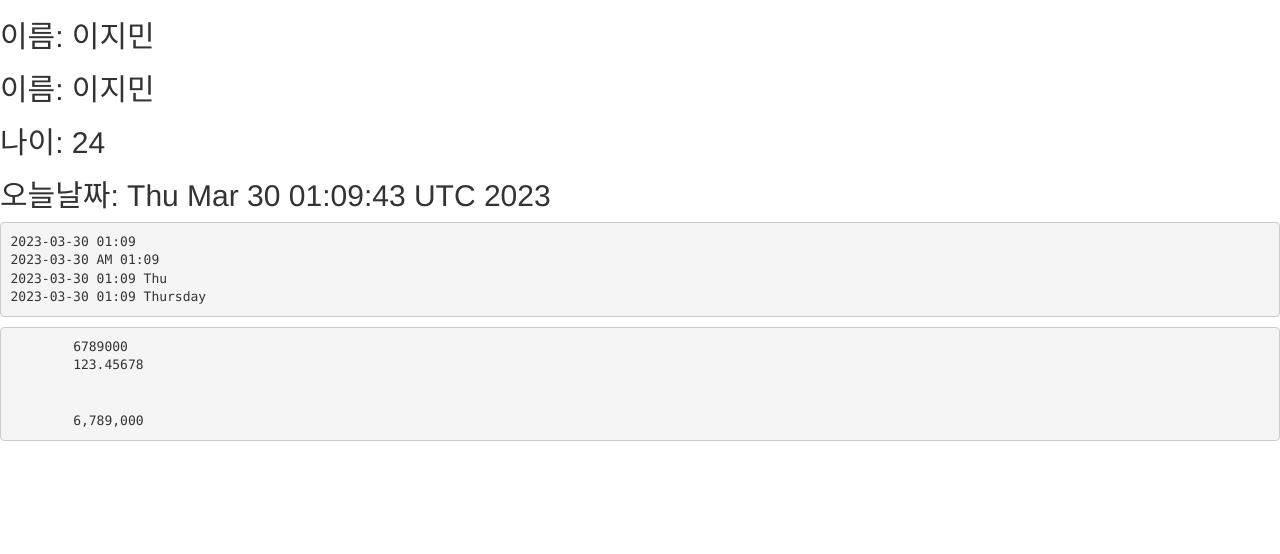
Repository: jungbee2/jungproject
Page: http://localhost/JstlProject/day0330/ex2_jstl_format.jsp
These files come from the project's save history. The page is drawn as it stood at one moment and after the next save; the edit follows.
The browser window is 1280 px wide. The pictures show the whole page.
Some web fonts or font styles are not loaded; a fallback is used. The page is served by Tomcat 9.

Above is the page before, as saved 2023-03-30 01:34:08.

After the next save:
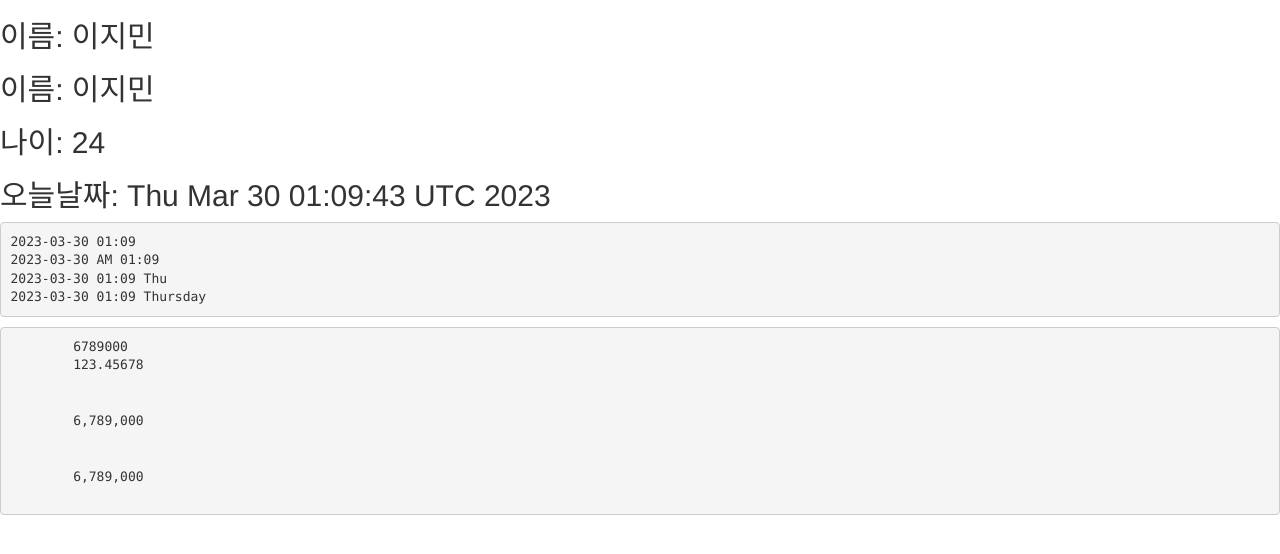
Saved 57 s later.
--- a/JstlProject/src/main/webapp/day0330/ex2_jstl_format.jsp
+++ b/JstlProject/src/main/webapp/day0330/ex2_jstl_format.jsp
@@ -49,6 +49,10 @@
 
 	<!-- 3자리마다 컴마-->
 	<fmt:formatNumber value="${money }" type="number"/>
+
+		<!-- 3자리마다 컴마와 화폐단위-->
+	<fmt:formatNumber value="${money }" type="number"/>
+
 </pre>
 </body>
 </html>
